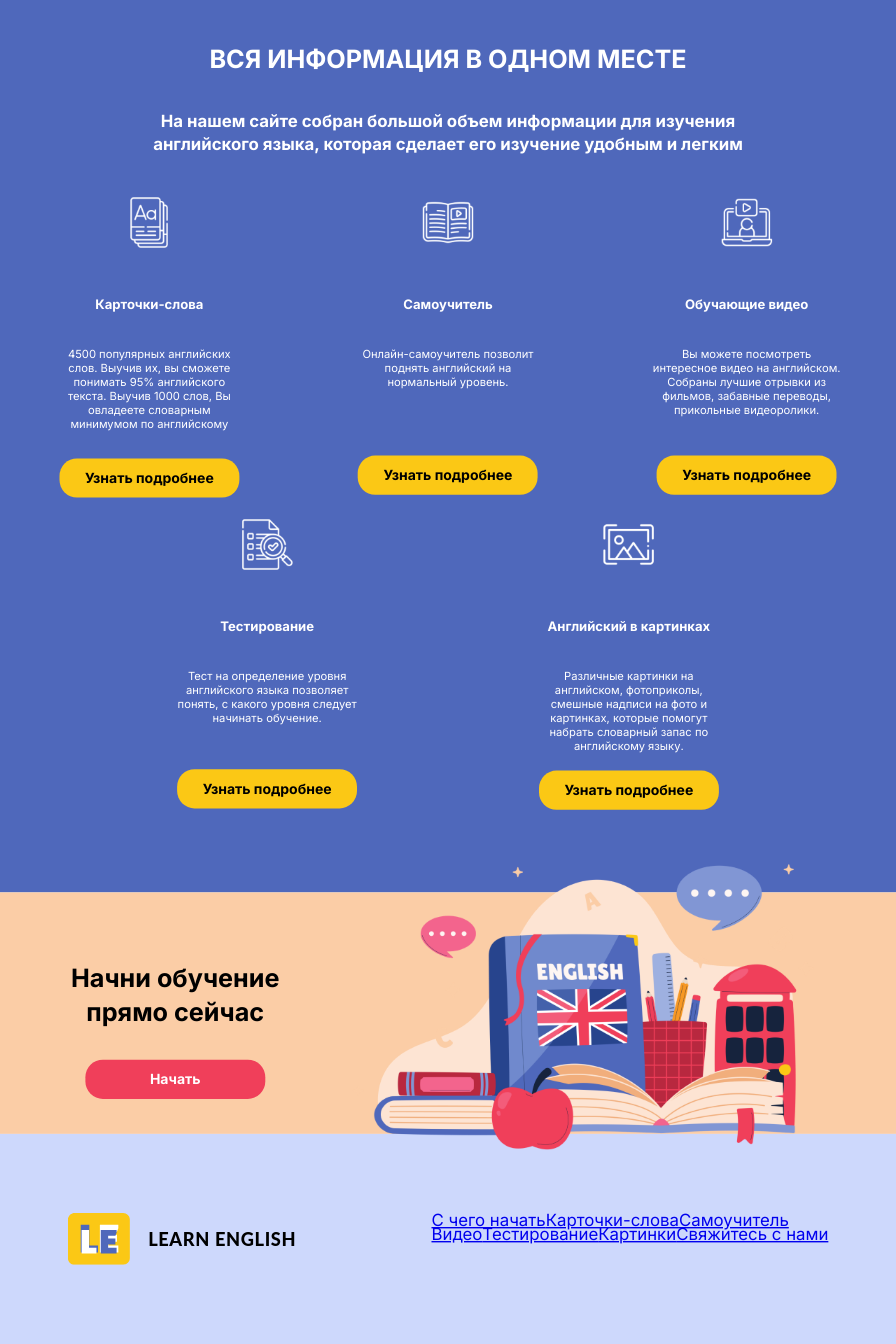
Repository: WladimirVA/Diplom
Page: scool/index.html
These files come from the project's save history. The page is drawn as it stood at one moment and after the next save; the edit follows.
The browser window is 1280 px wide. The pictures show the part of the page from y = 1377 to 3297 px (the page is 3297 px tall), at 70% of full size.

Above is the page before, as saved 2023-07-19 14:59:11.

### scool/index.html
<!DOCTYPE html>
<html lang="en">
<head>
    <meta charset="UTF-8">
    <meta name="viewport" content="width=device-width, initial-scale=1.0">
    <link href="./css/index.css" rel="stylesheet" type="text/css">
    <link href="../static/css/fonts.css" rel="stylesheet" type="text/css">
    <link rel="icon" sizes="16x16" href="./img/Vector.svg" type="image/x-icon">
    <title>Learn english</title>
</head>
<body>
    <header class="header" di="HOME">
        <div class="section">
            <div class="section-header">
                <div class="logo">
                    <img src="./img/Vector.svg">
                    <p>Learn english</p>
                </div>
                <div>

                    <ul class="ddropdownn">
                        <li class="ddropdownn-top">
                        <a class="ddropdownn-top" href="#">С чего начать</a>
                        </li>
                        <li class="ddropdownn-top">
                            <a class="ddropdownn-top" href="mailto:dyadichenko_va@mail.ru">Свяжитесь с нами</a>
                        </li>
                        <li class="ddropdownn-top">
                        <a class="ddropdownn-top" href="#">Обучение &#9660;</a>
                            <ul class="ddropdownn-inside">
                                <li><a href="/">Карточки-слова</a></li>
                                <li><a href="/">Самоучитель</a></li>
                                <li><a href="/">Видео</a></li>
                                <li><a href="/">Тестирование</a></li>
                                <li><a href="/">Картинки</a></li>
                            </ul>
                        </li>

                    </ul>
                </div>
            </div>
        </div>
    </header>
    <main>
        <section class="BEGINNES">
            <div class="section">
                <div class="content-beginners">
                    <div class="beginners-inf">
                        <h1>Английский <br>для начинающих</h1>
                        <p>Огромный объём <span  style="font-weight:900"> бесплатный <br></span> информации для изучения английского языка</p>
                        <div>
                            <ul class="home_ul">
                                <li class="home_li"><img class="check" src="./img/Иконка _Галочка_ 3.svg">Без регистрации</li>
                                <li class="home_li"><img class="check" src="./img/Иконка _Галочка_ 3.svg">Удобно и легко</li>
                            </ul>
                        </div>
                        <div class="buttonsHome">
                            <form action="#" method="post">
                                <button class="button_home">Начать обучение</button>
                            </form>
                        </div>
                    </div>
                    <div class="beginners-img">
                        <img src="./img/BACKGROUND.png" alt="foto">
                    </div>
                </div>
            </div>
        </section>
        <section class="LEARNING">
            <div class="section">
                <div class="content-learning">
                    <h1>С чего начать изучение<br> английского языка</h1>
                        <div class="learning">
                            <div class="img-learning">
                                <img src="./img/Group 31.png" alt="foto">
                            </div>
                            <div class="learning-text">
                                <div>
                                    <p class="popular">Самым популярным языком в мире является английский язык</p>
                                </div>
                                <div class="learning-text-img">
                                    <img src="./img/1.png" alt="number1">
                                    <p>Если у Вас уже есть определённые знания английского языка, проверьте свой уровень владения языком с помощью онлайн-тестирования, созданного по междунарожным стандартам</p>
                                </div>
                                <div class="learning-text-img">
                                    <img src="./img/2.png" alt="number2">
                                    <p>Если Вы решили изучать английский впервые, то начните с карточек-слов. Каждый день пробегайте по 20-100 слов</p>
                                </div>
                            </div>
                        </div>
                </div>
            </div>
        </section>
        <section class="INFORMATION">
            <div class="section">
                <div class="content-information">
                    <div class="information-text">
                        <h1>Вся информация в одном месте</h1>
                        <p>На нашем сайте собран большой объем информации для изучения <br> английского языка, которая сделает его изучение удобным и легким</p>
                    </div>
                </div>
                <div class="information">
                    <div class="information1">
                        <div class="a">
                            <img src="./img/Mask group.png" alt="foto">
                            <h3>Карточки-слова</h3>
                            <p>4500 популярных английских слов. Выучив их, вы сможете понимать 95% английского текста. Выучив 1000 слов,
                                Вы овладеете словарным минимумом по английскому</p>
                            <form class="buttton-inf1" action="#" method="post">
                                <button class="button_home">Узнать подробнее</button>
                            </form>
                        </div>
                        <div class="b">
                            <img src="./img/Mask group2.png" alt="foto">
                            <h3>Самоучитель</h3>
                            <p>Онлайн-самоучитель позволит поднять английский на нормальный уровень.</p>
                            <form class="buttton-inf2" action="#" method="post">
                                <button class="button_home">Узнать подробнее</button>
                            </form>
                        </div>
                        <div class="c">
                            <img src="./img/Mask group3.png" alt="foto">
                            <h3>Обучающие видео</h3>
                            <p>Вы можете посмотреть интересное видео на английском. Собраны лучшие отрывки из фильмов, забавные переводы, прикольные видеоролики.</p>
                            <form class="buttton-inf3" action="#" method="post">
                                <button class="button_home">Узнать подробнее</button>
                            </form>
                        </div>
                    </div>
                    <div class="information2">
                        <div class="d">
                            <img src="./img/Mask group4.png" alt="foto">
                            <h3>Тестирование</h3>
                            <p>Тест на определение уровня английского языка позволяет понять, с какого уровня следует начинать обучение.</p>
                            <form class="buttton-inf4" action="#" method="post">
                                <button class="button_home">Узнать подробнее</button>
                            </form>
                        </div>
                        <div class="e">
                            <img src="./img/Mask group5.png" alt="foto">
                            <h3>Английский в картинках</h3>
                            <p>Различные картинки на английском, фотоприколы, смешные надписи на фото и картинках, которые помогут набрать словарный запас по английскому языку.</p>
                            <form class="buttton-inf5" action="#" method="post">
                                <button class="button_home">Узнать подробнее</button>
                            </form>
                        </div>
                    </div>
                </div>
            </div>
        </section>
        <section class="TRANING">
            <div class="section">
                <div class="training">
                    <div class="training-inf">
                        <p>Начни обучение <br>прямо сейчас</p>
                        <form class="buttton-training1">
                            <button class="button_home buttton-training">Начать</button>
                        </form>
                    </div>
                    <div class="training-img">
                        <img src="./img/image 2 (3).png" alt="number2">
                    </div>
                </div>
            </div>
        </section>
    </main>
    <footer class="FOOTER">
        <div class="section">
            <div class="section-footer">
                <div class="logo">
                    <img src="./img/Vector.svg">
                    <p>Learn english</p>
                </div>
                <div class="ddropdownn-footer">
                    <div class="ddropdownn-menu">
                        <ul class="ddropdownn">
                            <li><a href="#">С чего начать</a></li>
                            <!-- <li><a href="#">Обучение</a></li> -->
                            <li><a href="#">Карточки-слова</a></li>
                            <li><a href="#">Самоучитель</a></li>
                        </ul>
                    </div>
                    <div class="ddropdownn-menu">
                        <ul class="ddropdownn2">
                            <li><a href="#">Видео</a></li>
                            <li><a href="#">Тестирование</a></li>
                            <li><a href="#">Картинки</a></li>
                            <li><a class="link" href="mailto:dyadichenko_va@mail.ru">Свяжитесь с нами</a></li>
                        </ul>
                    </div>
                </div>
            </div>
        </div>
    </footer>
</body>
</html>

### scool/css/index.css
body {
    scroll-behavior: smooth;
    align-items: center;
    width: 100%;
    max-width: 1366px;
    margin: auto;
    font-family: 'Inter', 'Work Sans', "NunitoSans-Light", Arial, Helvetica, sans-serif;
}
* {
    margin: 0;
    padding: 0;
}

.logo {
    display: flex;
    align-items: center;
}

.logo p {
    font-family: Lato;
    font-size: 26px;
    font-weight: 800;
    line-height: 48px;
    letter-spacing: 0.035em;
    text-align: left;
    text-transform: uppercase;
    padding-left: 1em;
}

/* Стили выпадающего списка */
ul.ddropdownn li {/* Считаем координаты относительно исходного места. */
    position: relative; }
ul.ddropdownn, ul.ddropdownn-inside {
    /* Отступы на нуле. */
    padding: 0;
    /* Маркеры уберем. */
    list-style-type: none;
    }
ul.ddropdownn-inside {
    /* Спрячем дочерние элементы выпадающего списка. */
    left: -9999px;
    position: absolute;
    }
ul.ddropdownn li.ddropdownn-top {
    /* Небольшой отступ. */
    margin: 20px 1px 0 0;
    /* Выравнивание по левой стороне. */
    float: left;
    display: inline;
    }
ul.ddropdownn li.ddropdownn-top a {
    /* Делаю элементы блочными. */
    display: block;
    /* Снова отступы. */
    padding: 3px 30px 4px;
    text-decoration: none;
    color: black;
    font-family: Inter;
    width: 145px;
    }
/* ul.ddropdownn a.ddropdownn-top {/* Цвет фона. */ background: #FEF6F3; } */
ul.ddropdownn a.ddropdownn-top:hover {/* Отступы. */ padding: 13px 20px 4px; }
ul.ddropdownn li.ddropdownn-top:hover .ddropdownn-inside {
    left: 0;
    /* Делаю элементы блочными. */
    display: block;
    }
ul.ddropdownn .ddropdownn-inside {/* Цвет фона. */ background: #FEF6F3; }
ul.ddropdownn .ddropdownn-inside a:hover {/* Цвет фона изменится при наведении. */
    background: #FEF6F3; }


@media screen and (max-width: 745px) {
    .header-nav {
        display: block;
        padding-top: 0px;
    }
}


.section-header {
    display: flex;
    justify-content: space-between;
    background-color: #FEF6F3;
    padding: 5px 0px 0 70px;

}

.BEGINNES {
    background: #FEF6F3;
}

.content-beginners {
    display: flex;
    justify-content: space-between;
}

.beginners-inf {
    padding: 50px 0 0 70px;
}

.beginners-inf h1 {
    font-family: Inter;
    font-size: 44px;
    font-weight: 700;
    line-height: 48px;
    letter-spacing: -0.08em;
    text-align: left;
    text-transform: uppercase;
    font-family: Inter;
    font-size: 45px;
    font-weight: 700;
    line-height: 48px;
    letter-spacing: 0.035em;
    text-align: left;
}

.beginners-img img {
    width: 100%;
    height: auto;
}

.beginners-inf p {
    margin-top: 50px;
}

.content-beginners {
    font-family: Inter;
    font-size: 22px;
    font-weight: 700;
    line-height: 24px;
    letter-spacing: 0em;
    text-align: left;

    font-family: Inter;
    font-size: 22px;
    font-weight: 500;
    line-height: 24px;
    letter-spacing: 0em;
    text-align: left;

    font-family: Inter;
    font-size: 20px;
    font-weight: 500;
    line-height: 24px;
    letter-spacing: 0em;
    text-align: left;
}

.home_ul {
    list-style-type: none;
    padding: 20px 0 20px 0;
}

.check {
    margin-left: 15px;
}

.button_home {
    font-family: Inter;
    font-size: 20px;
    font-weight: 700;
    line-height: 24px;
    letter-spacing: 0em;
    text-align: center;
    background:#FBC815;
    border-style: none;
    border-radius: 25px;
    width: 257px;
    height: 56px;
}

.LEARNING {
    background: #FDE4D3;
}

.learning {
    display: flex;
    justify-content: space-evenly;
}

.img-learning img {
    width: 100%;
    height: auto;
}

.content-learning h1 {
    text-align: center;
    text-transform: uppercase;
    font-family: Inter;
    font-size: 36px;
    font-weight: 700;
    line-height: 48px;
    letter-spacing: 0em;
    text-align: center;
    padding-top: 65px;

}

.popular {
    margin-left: 20px;
}

.learning-text {
    max-width: 550px;
    margin-top: 50px;
}

.learning-text p {
    font-family: Inter;
    font-size: 20px;
    font-weight: 500;
    line-height: 24px;
    letter-spacing: 0em;
    text-align: left;
}

.learning-text-img {
    margin-top: 60px;
}

.learning-text-img p {
    margin: -38px 0 0 20px;
}

.INFORMATION {
    background: #4F68BB;
    height: 1275px;
}

.information-text {
    text-align: center;
    color: #FFFFFF;
    /* max-width: 932px; */
}


.content-information h1 {
    font-family: Inter;
    font-size: 36px;
    font-weight: 700;
    line-height: 48px;
    letter-spacing: 0em;
    text-align: center;
    text-transform: uppercase;
    padding: 60px 0 50px 0;
}

.content-information p {
    font-family: Inter;
    font-size: 24px;
    font-weight: 700;
    line-height: 32px;
    letter-spacing: 0em;
    text-align: center;
}


.information1 {
    color: #FFFFFF;
    height: 400px;
    text-align: center;
    display: flex;
    justify-content: space-around;
    margin: 60px 0 0 0;
}

.information1 p {
    max-width: 270px;
}

.information1 h3 {
    padding: 65px 0 50px 0;
}

.information2 {
    color: #FFFFFF;
    height: 400px;
    text-align: center;
    margin: 60px 0 0 0;
    display: flex;
    justify-content: space-evenly;
}

.information2 p {
    max-width: 270px;
}
.information2 h3 {
    padding: 65px 0 50px 0;
}

.buttton-inf1 {
    margin-top: 39px;
}
.buttton-inf2 {
    margin-top: 95px;
}
.buttton-inf3 {
    margin-top: 55px;
}
.buttton-inf4 {
    padding-top: 63px;
}
.buttton-inf5 {
    padding-top: 25px;
}

.TRANING {
    background:rgba(251, 205, 166, 1);
    height: 345px;
}

.training {
    display: flex;
    align-items: center;
    justify-content: space-evenly;
}

.training-inf {
    display: block;
    text-align: center;
}

.training-inf p {
    font-family: Inter;
    font-size: 36px;
    font-weight: 700;
    line-height: 48px;
    letter-spacing: 0em;
    text-align: center;
}

.buttton-training1 {
    padding-top: 45px;
}

.buttton-training {
    color: #FFFFFF;
    font-family: Inter;
    font-size: 20px;
    font-weight: 700;
    line-height: 24px;
    letter-spacing: 0em;
    text-align: center;
   background: rgba(240, 63, 90, 1);
}

.training-img {
    margin-top: -60px;
}

.FOOTER {
    background:rgba(205, 216, 252, 1);
    height: 300px;
    align-items: center;
    display: grid;
    justify-items: stretch;
}

.section-footer {
    display: flex;
    justify-content: space-around
}

.ddropdownn-footer {
    display: flex;
    flex-direction: column;
}

.ddropdownn-menu {
    display: flex;
}

.ddropdownn {
    display: flex;
    font-family: Inter;
    font-size: 24px;
    font-weight: 400;
    line-height: 20px;
    letter-spacing: 0em;
    text-align: left;
}

.ddropdownn2 {
    display: flex;
    font-family: Inter;
    font-size: 24px;
    font-weight: 400;
    line-height: 20px;
    letter-spacing: 0em;
    text-align: left;
    list-style-type:none
}

### static/css/fonts.css
/* @import url('https://fonts.googleapis.com/css2?family=Work+Sans:ital,wght@0,600;0,800;1,800&display=swap'); */


/* @import url('https://fonts.googleapis.com/css2?family=Inter:wght@400;500;600;700;800&family=Work+Sans:ital,wght@0,600;0,800;1,800&display=swap'); */


@import url('https://fonts.googleapis.com/css2?family=Inter:wght@100;200;300;400;500;600;700;800;900&display=swap');

@import url('https://fonts.googleapis.com/css2?family=Inter:wght@100;200;300;400;500;600;700;800;900&family=Work+Sans:ital,wght@0,100;0,200;0,300;0,400;0,500;0,600;0,700;0,800;0,900;1,100;1,200;1,300;1,400;1,500;1,600;1,700;1,800;1,900&display=swap');

After the next save:
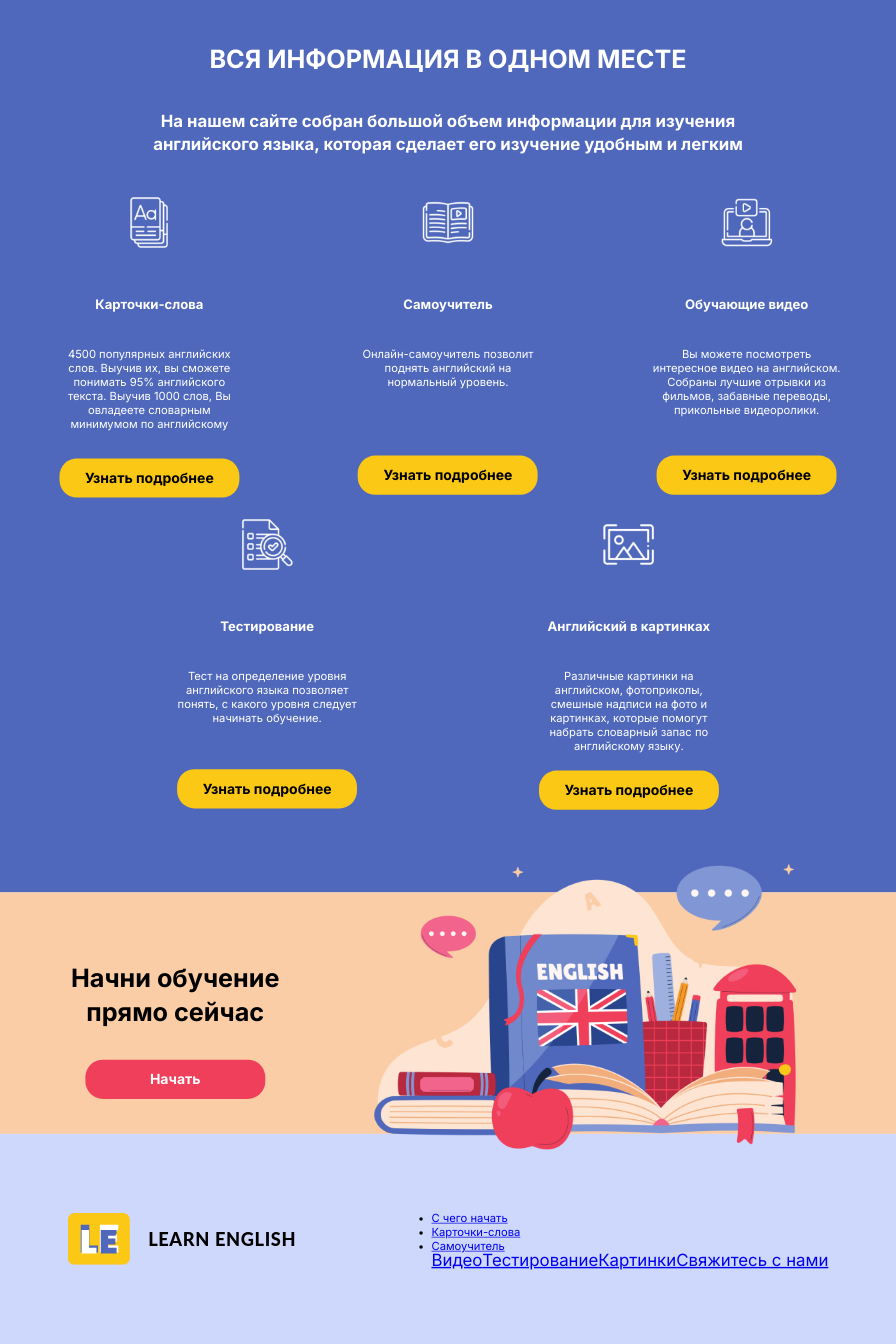
Saved 36 s later.
--- a/scool/index.html
+++ b/scool/index.html
@@ -173,7 +173,7 @@
                 </div>
                 <div class="ddropdownn-footer">
                     <div class="ddropdownn-menu">
-                        <ul class="ddropdownn">
+                        <ul class="ddropdownn1">
                             <li><a href="#">С чего начать</a></li>
                             <!-- <li><a href="#">Обучение</a></li> -->
                             <li><a href="#">Карточки-слова</a></li>
